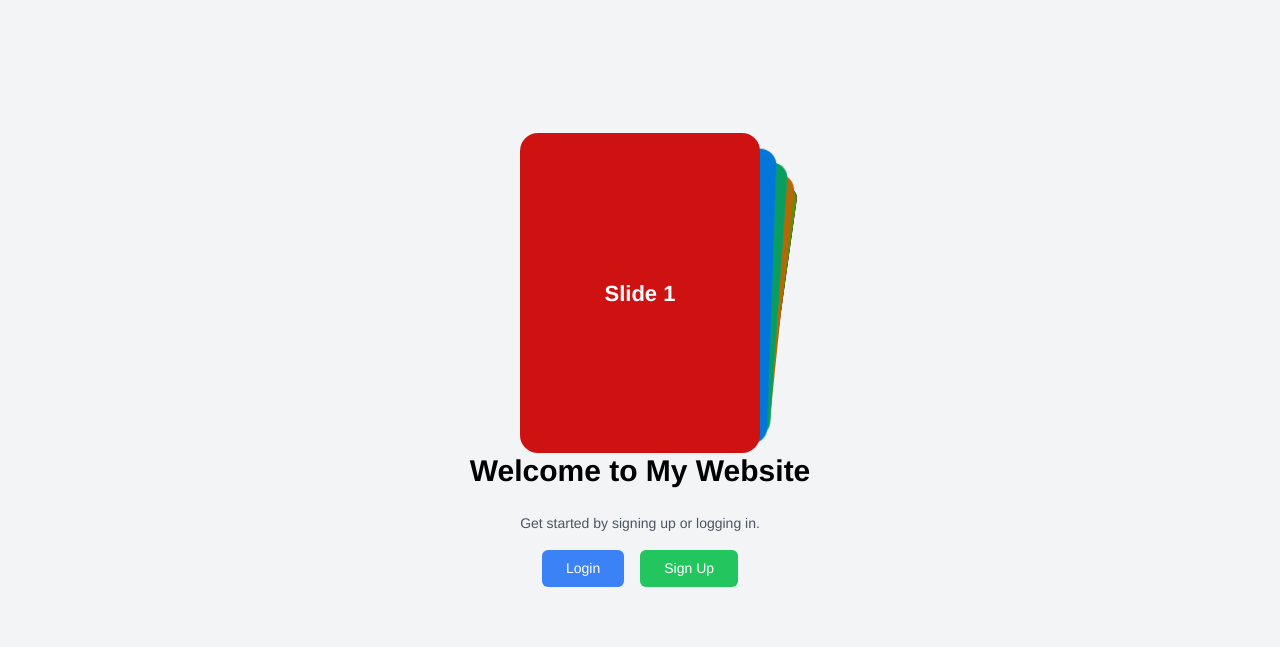
Repository: prathyushaa5/BuyYours
Page: / (app in Frontend/)
The author's editor kept a copy of each file at every save. The page is drawn from the files as they stood at one save, then again after the next save.
The browser window is 1280 px wide. The pictures show the whole page.
The project was rebuilt for these pictures with package versions that can differ from the ones it lists, and the page was loaded fresh each time. Also part of the build but not shown: Frontend/vite.config.js, Frontend/src/components/Login.jsx, Frontend/src/components/Signup.jsx, Frontend/src/components/Home.jsx.

Above is the page before, as saved 2025-02-12 08:27:40.

### Frontend/src/App.jsx
import { BrowserRouter as Router, Routes, Route } from "react-router-dom";
import { useState } from "react";
import Main from "./components/Main";
import Login from "./components/Login";
import Signup from "./components/Signup";
import Home from "./components/Home";

export default function App() {
  const [token, setToken] = useState(null);

  const handleLogin = (userToken) => {
    setToken(userToken);
  };

  return (
    <Router>
      <Routes>
        {/* Show Main page first */}
        <Route path="/" element={<Main />} />

        {/* Login Page */}
        <Route path="/login" element={<Login onLogin={handleLogin} />} />

        {/* Signup Page */}
        <Route path="/signup" element={<Signup />} />

        {/* Home Page (Protected) */}
        <Route path="/home" element={token ? <Home /> : <Login onLogin={handleLogin} />} />
      </Routes>
    </Router>
  );
}

### Frontend/src/components/Main.jsx
import { useNavigate } from "react-router-dom";
import { Swiper, SwiperSlide } from 'swiper/react';
import 'swiper/css';
import 'swiper/css/effect-cards';

import "../style.css";
import { EffectCards } from 'swiper/modules';
export default function Main() {
  const navigate = useNavigate();

  return (
    <div className="flex flex-col items-center justify-center min-h-screen bg-gray-100">
       <Swiper
        effect={'cards'}
        grabCursor={true}
        modules={[EffectCards]}
        className="mySwiper"
      >
        <SwiperSlide>Slide 1</SwiperSlide>
        <SwiperSlide>Slide 2</SwiperSlide>
        <SwiperSlide>Slide 3</SwiperSlide>
        <SwiperSlide>Slide 4</SwiperSlide>
        <SwiperSlide>Slide 5</SwiperSlide>
        <SwiperSlide>Slide 6</SwiperSlide>
        <SwiperSlide>Slide 7</SwiperSlide>
        <SwiperSlide>Slide 8</SwiperSlide>
        <SwiperSlide>Slide 9</SwiperSlide>
      </Swiper>
      <h1 className="text-3xl font-bold mb-6">Welcome to My Website</h1>
      <p className="mb-4 text-gray-600">Get started by signing up or logging in.</p>
      <div className="flex space-x-4">
        <button
          onClick={() => navigate("/login")}
          className="px-6 py-2 bg-blue-500 text-white rounded-md hover:bg-blue-600"
        >
          Login
        </button>
        <button
          onClick={() => navigate("/signup")}
          className="px-6 py-2 bg-green-500 text-white rounded-md hover:bg-green-600"
        >
          Sign Up
        </button>
      </div>
    </div>
  );
}

### Frontend/src/style.css
#app { height: 100% }
html,
body {
  position: relative;
  height: 100%;
}

body {
  background: #eee;
  font-family: Helvetica Neue, Helvetica, Arial, sans-serif;
  font-size: 14px;
  color: #000;
  margin: 0;
  padding: 0;
}

body {
  background: #fff;
  font-family: Helvetica Neue, Helvetica, Arial, sans-serif;
  font-size: 14px;
  color: #000;
  margin: 0;
  padding: 0;
}

html,
body {
  position: relative;
  height: 100%;
}

#app {
  display: flex;
  justify-content: center;
  align-items: center;
}

.swiper {
  width: 240px;
  height: 320px;
}

.swiper-slide {
  display: flex;
  align-items: center;
  justify-content: center;
  border-radius: 18px;
  font-size: 22px;
  font-weight: bold;
  color: #fff;
}

.swiper-slide:nth-child(1n) {
  background-color: rgb(206, 17, 17);
}

.swiper-slide:nth-child(2n) {
  background-color: rgb(0, 140, 255);
}

.swiper-slide:nth-child(3n) {
  background-color: rgb(10, 184, 111);
}

.swiper-slide:nth-child(4n) {
  background-color: rgb(211, 122, 7);
}

.swiper-slide:nth-child(5n) {
  background-color: rgb(118, 163, 12);
}

.swiper-slide:nth-child(6n) {
  background-color: rgb(180, 10, 47);
}

.swiper-slide:nth-child(7n) {
  background-color: rgb(35, 99, 19);
}

.swiper-slide:nth-child(8n) {
  background-color: rgb(0, 68, 255);
}

.swiper-slide:nth-child(9n) {
  background-color: rgb(218, 12, 218);
}

.swiper-slide:nth-child(10n) {
  background-color: rgb(54, 94, 77);
}

Loaded but not shown: Frontend/index.html (common file); Frontend/src/main.jsx (common file); Frontend/src/index.css (common file); Frontend/tailwind.config.js (common file)

After the next save:
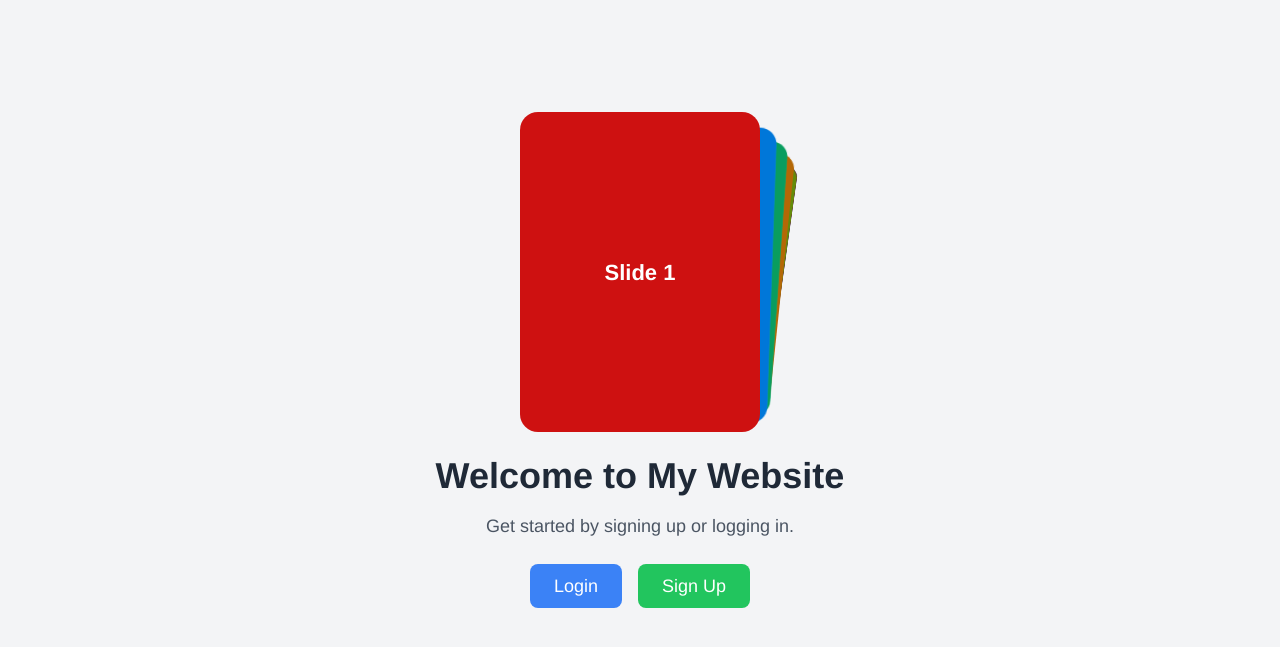
Saved 64 s later.
--- a/Frontend/src/components/Main.jsx
+++ b/Frontend/src/components/Main.jsx
@@ -1,43 +1,48 @@
 import { useNavigate } from "react-router-dom";
-import { Swiper, SwiperSlide } from 'swiper/react';
-import 'swiper/css';
-import 'swiper/css/effect-cards';
+import { Swiper, SwiperSlide } from "swiper/react";
+import { EffectCards } from "swiper/modules";
+import "swiper/css";
+import "swiper/css/effect-cards";
+import "../style.css";
 
-import "../style.css";
-import { EffectCards } from 'swiper/modules';
 export default function Main() {
   const navigate = useNavigate();
 
   return (
-    <div className="flex flex-col items-center justify-center min-h-screen bg-gray-100">
-       <Swiper
-        effect={'cards'}
-        grabCursor={true}
-        modules={[EffectCards]}
-        className="mySwiper"
-      >
-        <SwiperSlide>Slide 1</SwiperSlide>
-        <SwiperSlide>Slide 2</SwiperSlide>
-        <SwiperSlide>Slide 3</SwiperSlide>
-        <SwiperSlide>Slide 4</SwiperSlide>
-        <SwiperSlide>Slide 5</SwiperSlide>
-        <SwiperSlide>Slide 6</SwiperSlide>
-        <SwiperSlide>Slide 7</SwiperSlide>
-        <SwiperSlide>Slide 8</SwiperSlide>
-        <SwiperSlide>Slide 9</SwiperSlide>
-      </Swiper>
-      <h1 className="text-3xl font-bold mb-6">Welcome to My Website</h1>
-      <p className="mb-4 text-gray-600">Get started by signing up or logging in.</p>
+    <div className="flex flex-col items-center justify-center min-h-screen bg-gray-100 p-6">
+      {/* Swiper Section */}
+      <div className="w-72 mb-6">
+        <Swiper
+          effect={"cards"}
+          grabCursor={true}
+          modules={[EffectCards]}
+          className="mySwiper"
+        >
+          {Array.from({ length: 9 }, (_, i) => (
+            <SwiperSlide key={i}>Slide {i + 1}</SwiperSlide>
+          ))}
+        </Swiper>
+      </div>
+
+      {/* Welcome Text */}
+      <h1 className="text-4xl font-extrabold text-gray-800 mb-4">
+        Welcome to My Website
+      </h1>
+      <p className="text-lg text-gray-600 mb-6">
+        Get started by signing up or logging in.
+      </p>
+
+      {/* Buttons */}
       <div className="flex space-x-4">
         <button
           onClick={() => navigate("/login")}
-          className="px-6 py-2 bg-blue-500 text-white rounded-md hover:bg-blue-600"
+          className="px-6 py-2 bg-blue-500 text-white text-lg rounded-lg hover:bg-blue-600 transition"
         >
           Login
         </button>
         <button
           onClick={() => navigate("/signup")}
-          className="px-6 py-2 bg-green-500 text-white rounded-md hover:bg-green-600"
+          className="px-6 py-2 bg-green-500 text-white text-lg rounded-lg hover:bg-green-600 transition"
         >
           Sign Up
         </button>
